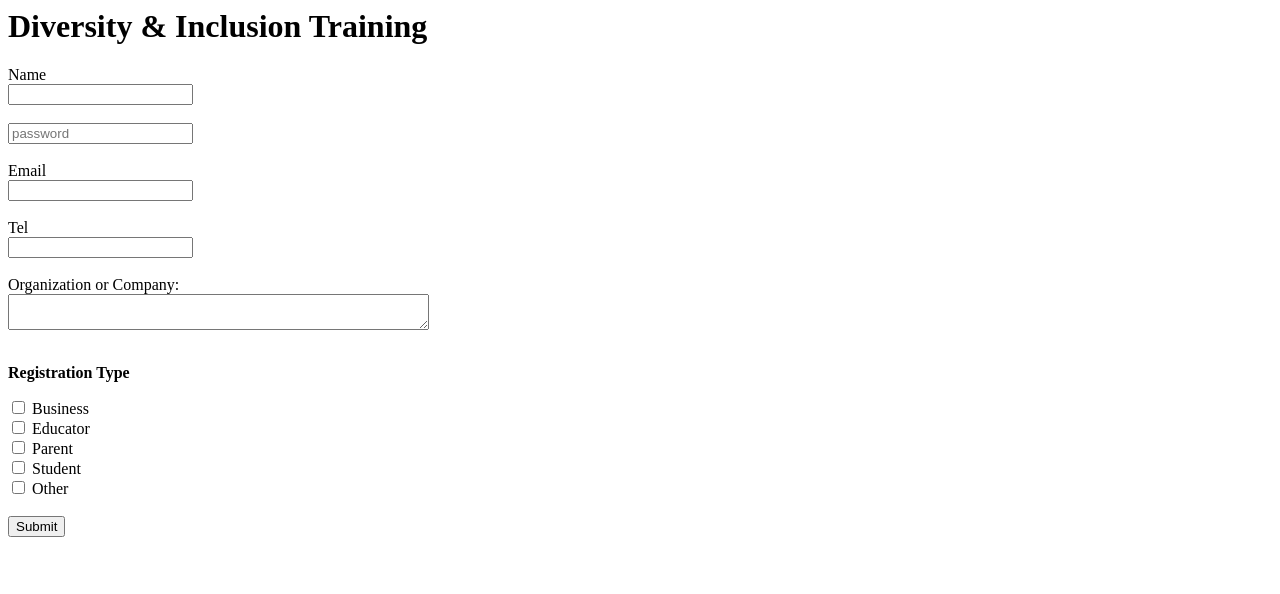
Repository: wafaa399/webDesigner-Tasks-wafaa-ahmed
Page: Task-html-1/index.html
The author's editor kept a copy of each file at every save. The page is drawn from the files as they stood at one save, then again after the next save.
The browser window is 1280 px wide. The pictures show the whole page.

Above is the page before, as saved 2026-07-13 22:52:47.

### Task-html-1/index.html
<! html>
<html lang="en">
  <head>
    <meta charset="UTF-8" />
    <meta name="viewport" content="width=device-width, initial-scale=1.0" />
    <meta
      name="description"
      content="Diversity and Inclusion Training Registration Form"
    />
    <meta name="author" content="Wafaa Ahmed" />
    <title>Diversity & Inclusion Training</title>
  </head>
  <body>
    <h1>Diversity & Inclusion Training</h1>

    <form action="" method="post">
      <label for="name">Name</label><br />
      <input type="text" id="name" name="name" required />
      <br /><br />

      <input type="password" placeholder="password" name="password" required />
      <br /><br />

      <label for="email">Email</label><br />
      <input type="email" id="email" name="email" required />
      <br /><br />

      <label for="tel">Tel</label><br />
      <input type="tel" id="tel" name="tel" />
      <br /><br />

      <label for="company">Organization or Company:</label><br />
      <textarea id="company" name="company" rows="2" cols="50"></textarea>
      <br /><br />

      <p><strong>Registration Type</strong></p>

      <input
        type="checkbox"
        id="business"
        name="registration"
        value="Business"
      />
      <label for="business">Business</label><br />

      <input
        type="checkbox"
        id="educator"
        name="registration"
        value="Educator"
      />
      <label for="educator">Educator</label><br />

      <input type="checkbox" id="parent" name="registration" value="Parent" />
      <label for="parent">Parent</label><br />

      <input type="checkbox" id="student" name="registration" value="Student" />
      <label for="student">Student</label><br />

      <input type="checkbox" id="other" name="registration" value="Other" />
      <label for="other">Other</label>

      <br /><br />

      <input type="submit" value="Submit" />
    </form>
  </body>
</html>

After the next save:
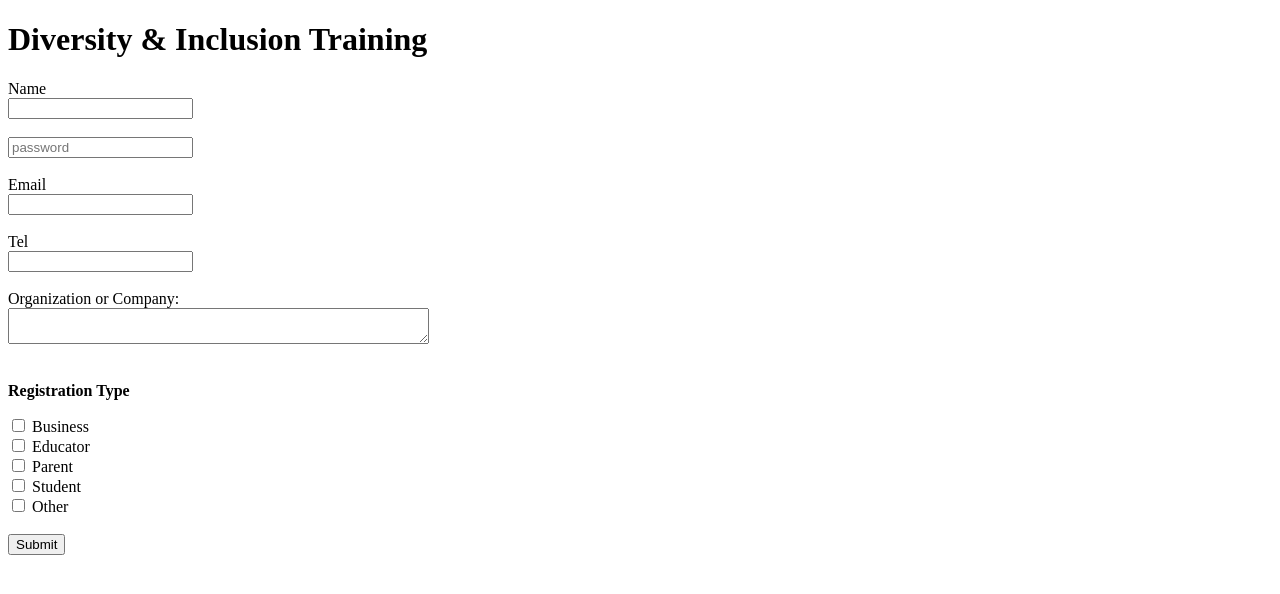
Saved 3 min 27 s later.
--- a/Task-html-1/index.html
+++ b/Task-html-1/index.html
@@ -1,4 +1,4 @@
-<! html>
+<!doctype html>
 <html lang="en">
   <head>
     <meta charset="UTF-8" />
